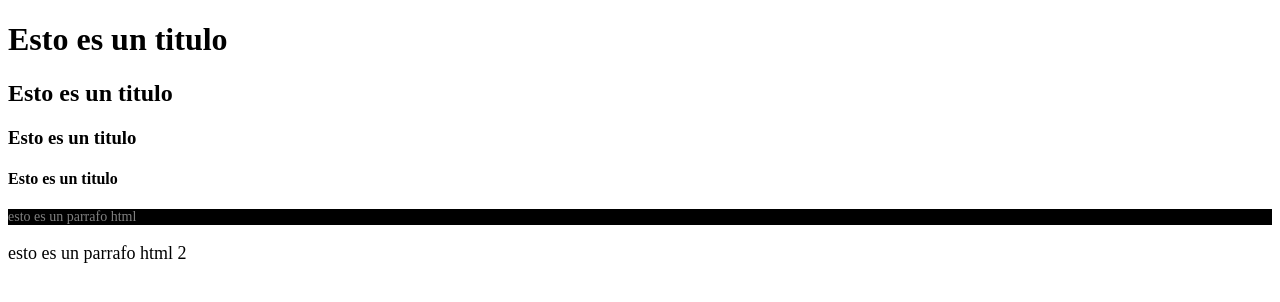
Repository: gazagal/workspace
Page: login-web-app/src/main/webapp/index.html
An editor plug-in stored every save of this project. The page is shown before and after the next save, followed by the edit.
The browser window is 1280 px wide. The pictures show the whole page.

Above is the page before, as saved 2016-06-20 16:41:29.

### login-web-app/src/main/webapp/index.html
<!DOCTYPE html>
<html>
<head>
<meta charset="ISO-8859-1">
<title>Pagina Inicial</title>
<style type="text/css">
	p.intro{color:gray; font-size: 14px; background-color: black;}
	p.contenido{color:black; font-size: 18px;}
</style>

</head>
<body>
	<h1>Esto es un titulo</h1>
	<h2>Esto es un titulo</h2>
	<h3>Esto es un titulo</h3>
	<h4>Esto es un titulo</h4>

	<p class="intro">esto es un parrafo html</p>
	<p class="contenido">esto es un parrafo html 2</p>

</body>
</html>

After the next save:
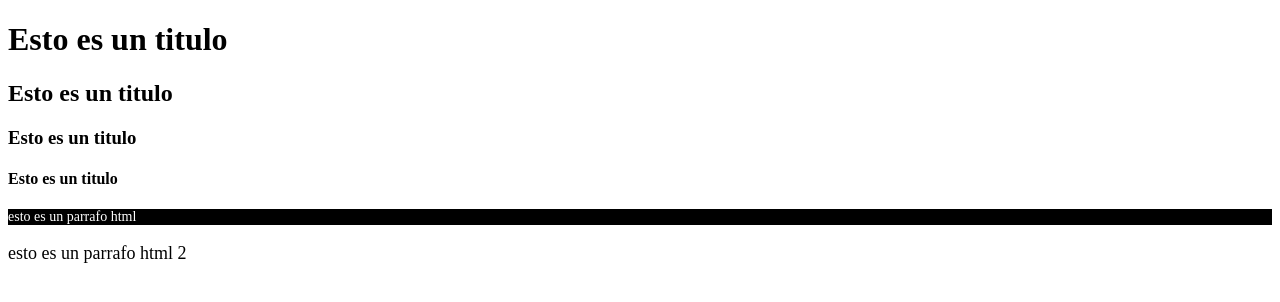
Saved 16 s later.
--- a/login-web-app/src/main/webapp/index.html
+++ b/login-web-app/src/main/webapp/index.html
@@ -4,7 +4,7 @@
 <meta charset="ISO-8859-1">
 <title>Pagina Inicial</title>
 <style type="text/css">
-	p.intro{color:gray; font-size: 14px; background-color: black;}
+	p.intro{color:white; font-size: 14px; background-color: black;}
 	p.contenido{color:black; font-size: 18px;}
 </style>
 
